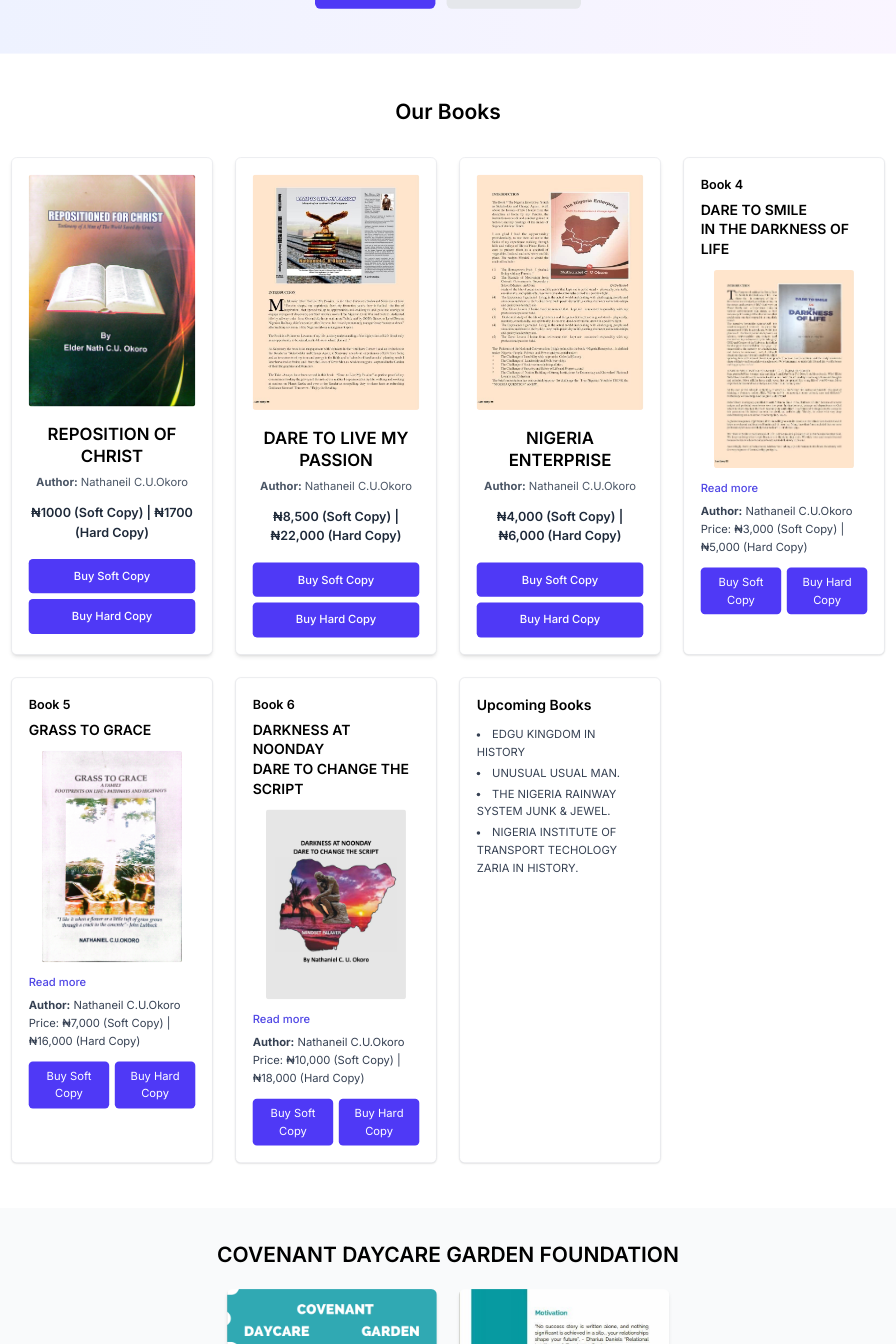
Repository: Rickyy1017/online-bookstore
Page: / (app in frontend/)
An editor plug-in stored every save of this project. The page is shown before and after the next save, followed by the edit.
The browser window is 1280 px wide. The pictures show the part of the page from y = 371 to 2291 px (the page is 3594 px tall before and 3626 px after), at 70% of full size.
The project was rebuilt for these pictures with package versions that can differ from the ones it lists, and the page was loaded fresh each time. The framework's server and built-in components were replaced by stand-ins that run in the browser. Also part of the build but not shown: frontend/next.config.ts.

Above is the page before, as saved 2025-10-09 23:23:45.

After the next save:
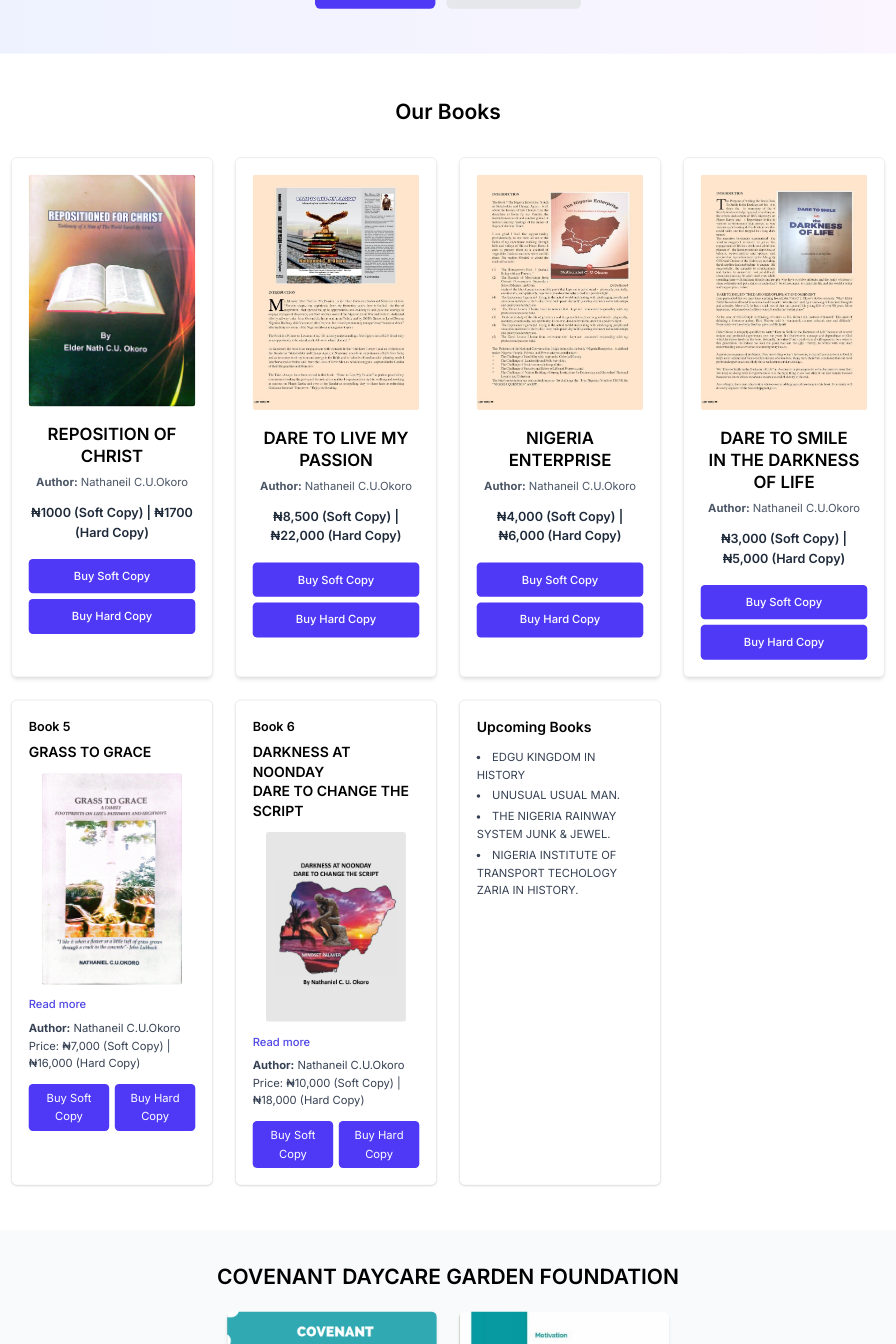
Saved 14 s later.
--- a/frontend/app/page.tsx
+++ b/frontend/app/page.tsx
@@ -111,16 +111,16 @@ export default function Page() {
           </div>
         </div>
 
-        <div className="bg-white border border-gray-200 rounded-lg p-6 shadow-sm">
-          <h2 className="text-lg font-semibold text-gray-800 mb-2">Book 4</h2>
-          <h3 className="text-xl font-bold text-gray-900 mb-4">DARE TO SMILE <br /> IN THE DARKNESS OF LIFE</h3>
-          <Image src="/images/dare.jpg" alt="DARE TO SMILE IN THE DARKNESS OF LIFE" width={200} height={300} className="mx-auto mb-4 rounded" />
-          <Link href="/dare-to-smile" className="text-indigo-600 hover:text-indigo-800 font-medium">Read more</Link>
-          <p className="text-gray-700 mt-2"><b>Author:</b> Nathaneil C.U.Okoro</p>
-          <p className="text-gray-700 mb-4">Price: ₦3,000 (Soft Copy) | ₦5,000 (Hard Copy)</p>
-          <div className="flex gap-2">
-            <button onClick={() => addToCart('DARE TO SMILE IN THE DARKNESS OF LIFE', 3000, 'Soft Copy')} className="bg-indigo-600 text-white px-4 py-2 rounded-md hover:bg-indigo-700 flex-1">Buy Soft Copy</button>
-            <button onClick={() => addToCart('DARE TO SMILE IN THE DARKNESS OF LIFE', 5000, 'Hard Copy')} className="bg-indigo-600 text-white px-4 py-2 rounded-md hover:bg-indigo-700 flex-1">Buy Hard Copy</button>
+        <div className="bg-white border border-gray-200 rounded-lg p-6 shadow-md hover:shadow-lg transition-shadow">
+          <Image src="/images/dare.jpg" alt="DARE TO SMILE IN THE DARKNESS OF LIFE" width={250} height={350} className="mx-auto mb-6 rounded" />
+          <h3 className="text-2xl font-bold text-gray-900 mb-2 text-center">DARE TO SMILE <br /> IN THE DARKNESS OF LIFE</h3>
+          <p className="text-gray-600 text-center mb-4"><b>Author:</b> Nathaneil C.U.Okoro</p>
+          <div className="text-center mb-6">
+            <p className="text-lg text-gray-800 font-semibold">₦3,000 (Soft Copy) | ₦5,000 (Hard Copy)</p>
+          </div>
+          <div className="space-y-2">
+            <button onClick={() => addToCart('DARE TO SMILE IN THE DARKNESS OF LIFE', 3000, 'Soft Copy')} className="w-full bg-indigo-600 text-white py-3 rounded-md hover:bg-indigo-700 transition-colors font-medium">Buy Soft Copy</button>
+            <button onClick={() => addToCart('DARE TO SMILE IN THE DARKNESS OF LIFE', 5000, 'Hard Copy')} className="w-full bg-indigo-600 text-white py-3 rounded-md hover:bg-indigo-700 transition-colors font-medium">Buy Hard Copy</button>
           </div>
         </div>
 
